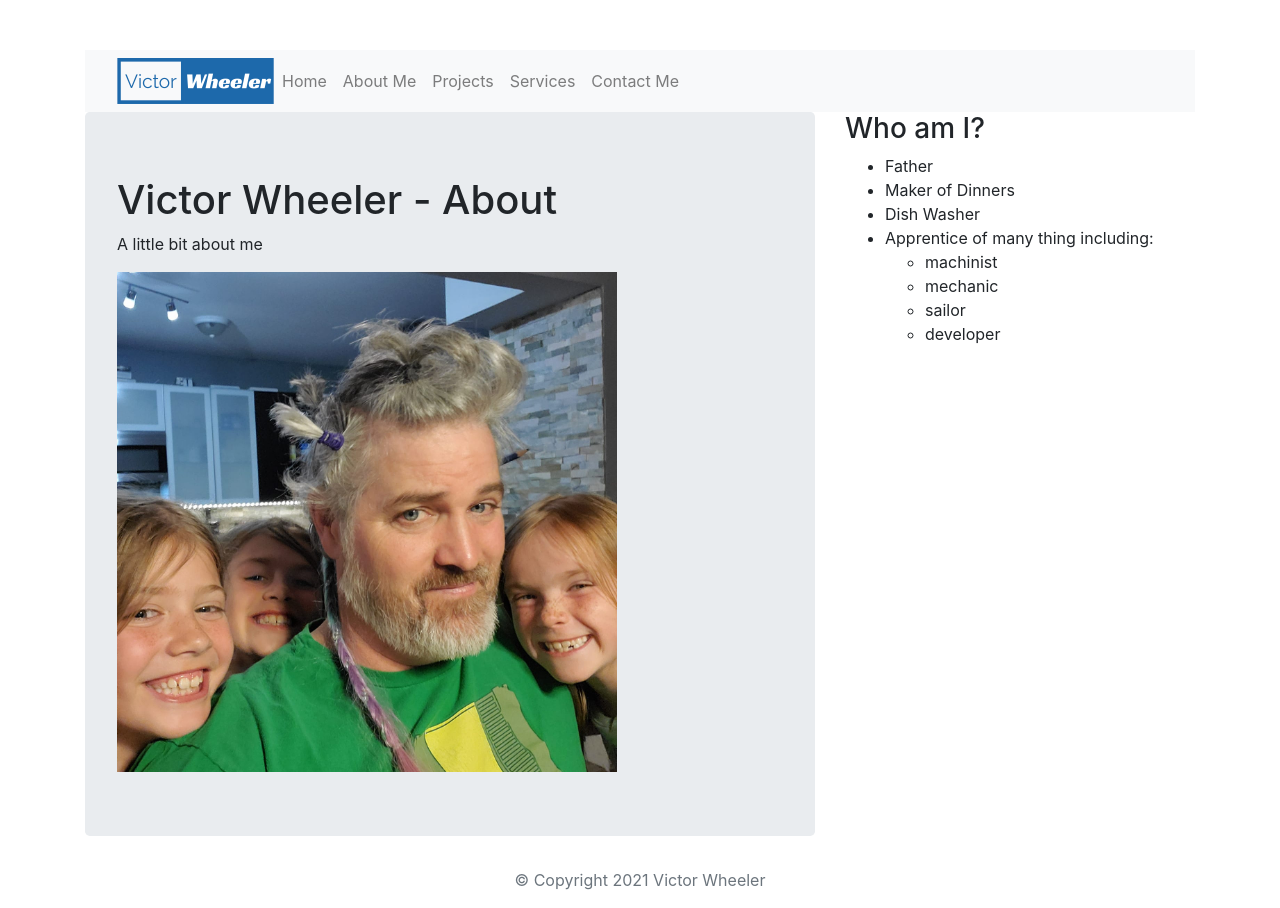
Repository: VictorWheeler/COMP_229_301167760
Page: http://localhost/about
The author's editor kept a copy of each file at every save. The page is drawn from the files as they stood at one save, then again after the next save.
The browser window is 1280 px wide. The pictures show the whole page.
The page is served by the project's Node server (server.js).

Above is the page before, as saved 2021-09-30 09:55:31.

### Express-Portfolio-Site/views/pages/about.ejs
<!DOCTYPE html>
<html lang="en">
<head>
  <%- include('../partials/head'); %>
</head>
<body class="container">

<header>
  <%- include('../partials/header'); %>
</header>

<main>
<div class="row">
  <div class="col-sm-8">
    <div class="jumbotron">
      <h1>Victor Wheeler - About</h1>
      <p>A little bit about me</p>
      <img src="/images/aboutme.jpg" alt="Victor Wheeler" width="500" height="500">
    </div>
  </div>

  <div class="col-sm-4">
    <div class="well">
      <h3>Who am I?</h3>
      <ul>
      <li>Father</li>
      <li>Maker of Dinners</li>
      <li>Dish Washer</li>
      <li>Apprentice of many thing including:</li>
        <ul>
          <li>machinist</li>
          <li>mechanic</li>
          <li>sailor</li>
          <li>developer</li>
        </ul>
      </ul>
    </div>
  </div>
</div>
</main>

<footer>
  <%- include('../partials/footer'); %>
</footer>

</body>
</html>

### Express-Portfolio-Site/views/partials/head.ejs
<meta charset="UTF-8">
<title>Victor Wheeler</title>

<!-- CSS (load bootstrap from a CDN) -->
<link rel="stylesheet" href="https://cdnjs.cloudflare.com/ajax/libs/twitter-bootstrap/4.5.2/css/bootstrap.min.css">
<style>
  body { padding-top:50px; }
</style>

### Express-Portfolio-Site/views/partials/header.ejs
<nav class="navbar navbar-expand-lg navbar-light bg-light">
  <a class="navbar-brand"></a><img class="logo" src="/images/vw_logo.png" width="157" height="46" alt="why">
   <ul class="navbar-nav mr-auto">
    <li class="nav-item">
      <a class="nav-link" href="/">Home</a>
    </li>
    <li class="nav-item">
      <a class="nav-link" href="/about">About Me</a>
    </li>
    <li class="nav-item">
      <a class="nav-link" href="/projects">Projects</a>
    </li>
    <li class="nav-item">
      <a class="nav-link" href="/services">Services</a>
    </li>
    <li class="nav-item">
      <a class="nav-link" href="/contact">Contact Me</a>
    </li>
  </ul>
</nav>

### Express-Portfolio-Site/views/partials/footer.ejs
<p class="text-center text-muted">&copy; Copyright 2021 Victor Wheeler</p>

### Express-Portfolio-Site/server.js
var express = require('express');
var app = express();
var root = require('path').join(__dirname,'/public');


// set the view engine to ejs
app.set('view engine', 'ejs');

//set public folder as static
app.use(express.static(root));

// use res.render to load up an ejs view file

// Home page page
app.get('/', function(req, res) {
  res.render('pages/index');
});

// About Me page
app.get('/about', function(req, res) {
  res.render('pages/about');
});

// Projects page
app.get('/projects', function(req, res) {
    res.render('pages/projects');
  });

  // Services page
app.get('/services', function(req, res) {
    res.render('pages/services');
  });

  // Contact Me page
app.get('/contact', function(req, res) {
    res.render('pages/contact');
  });

app.listen(3000);
console.log('Server is listening on port 3000');

After the next save:
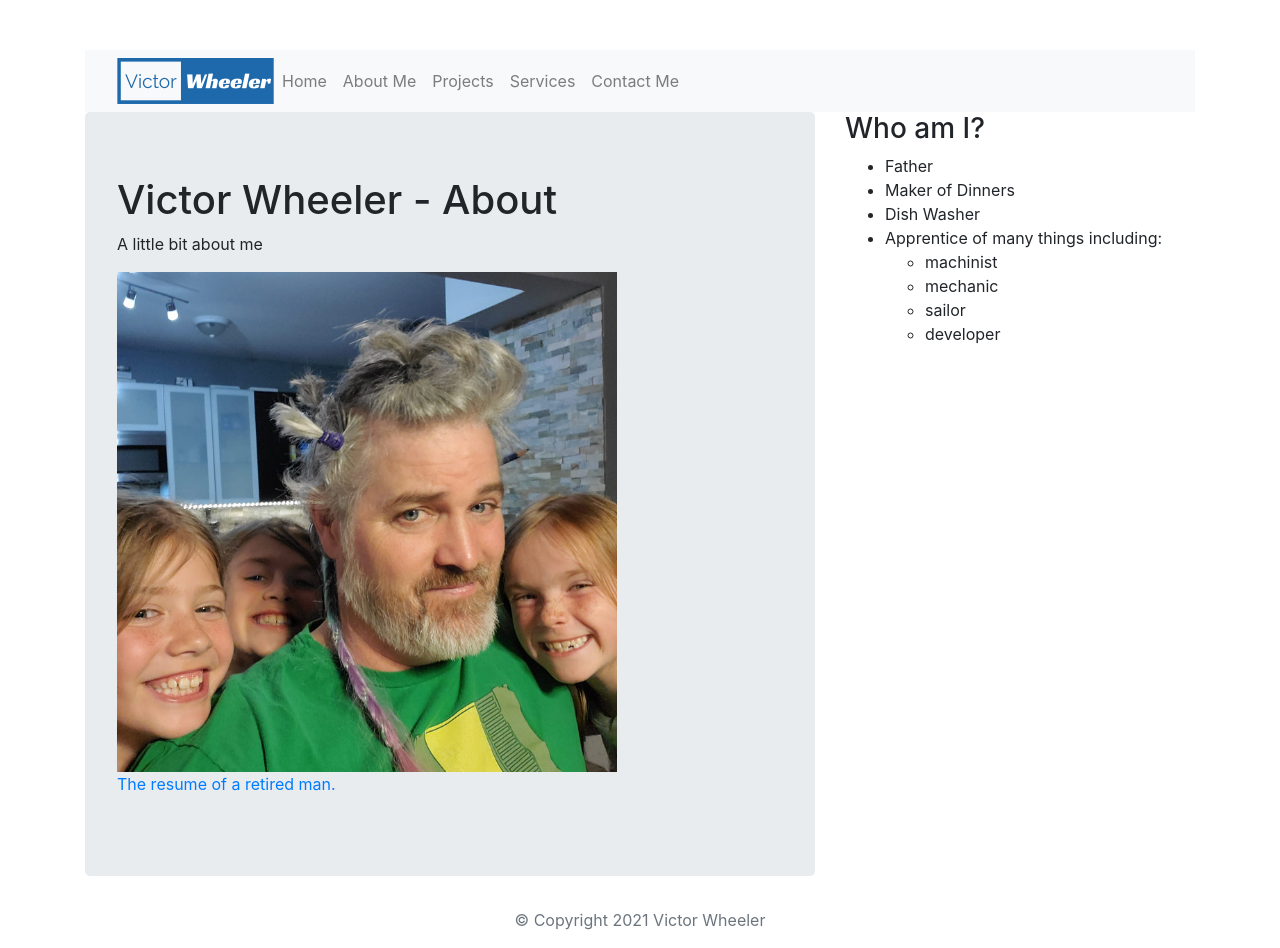
Saved 3 min 28 s later.
--- a/Express-Portfolio-Site/views/pages/about.ejs
+++ b/Express-Portfolio-Site/views/pages/about.ejs
@@ -16,6 +16,7 @@
       <h1>Victor Wheeler - About</h1>
       <p>A little bit about me</p>
       <img src="/images/aboutme.jpg" alt="Victor Wheeler" width="500" height="500">
+      <p><a href="/files/Resume.docx">The resume of a retired man.</a></p>
     </div>
   </div>
 
@@ -26,7 +27,7 @@
       <li>Father</li>
       <li>Maker of Dinners</li>
       <li>Dish Washer</li>
-      <li>Apprentice of many thing including:</li>
+      <li>Apprentice of many things including:</li>
         <ul>
           <li>machinist</li>
           <li>mechanic</li>
